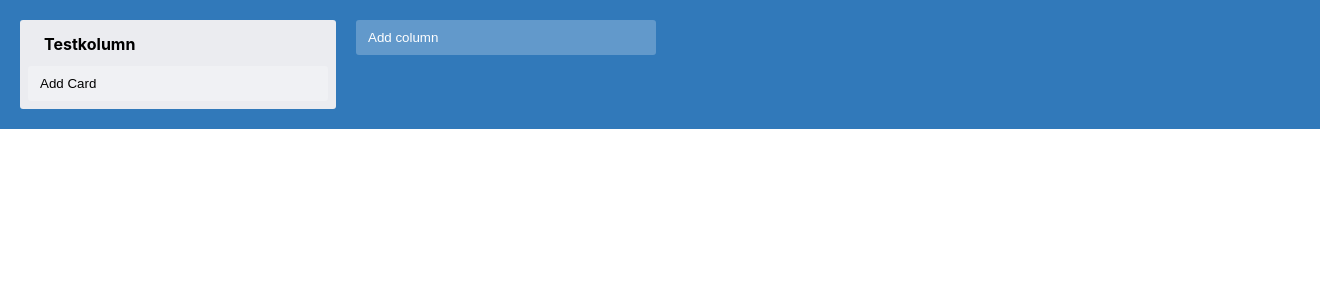
Repository: elander/grundkursen
Page: /
An editor plug-in stored every save of this project. The page is shown before and after the next save, followed by the edit.
The browser window is 1280 px wide. The page is 1320 px wide, so the pictures cover 1320 px, including what lies to the right of the window. The pictures show the whole page.
The project was rebuilt for these pictures with package versions that can differ from the ones it lists, and the page was loaded fresh each time. Also part of the build but not shown: src/App.css, src/utils/useFocus.ts, src/components/NewItemForm/NewItemForm.tsx, src/components/Card/Card.tsx.

Above is the page before, as saved 2022-04-25 14:54:48.

After the next save:
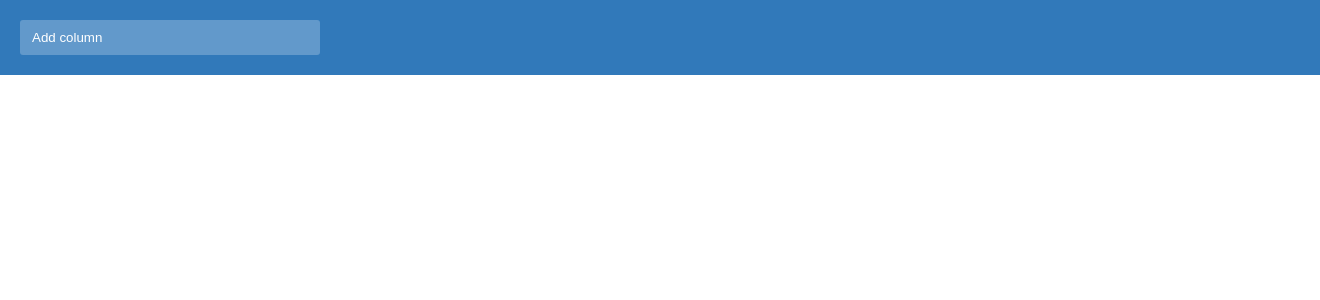
Saved 4 min 20 s later.
--- a/src/App.tsx
+++ b/src/App.tsx
@@ -5,15 +5,16 @@ import { AppContainer } from './styles';
 import { Card } from './components/Card/Card';
 import { Column } from './components/Column/Column';
 import React from 'react';
+import { useAppState } from './state/AppStateContext';
 
 function App() {
+  const {lists} = useAppState();
 
   return (
     <AppContainer>
-      <Column text='Testkolumn' >
-      <Card text="Första 'riktiga' kortet" />
-      <Card text="Andra kortet" />
-      </Column>
+      {lists.map((list) =>{
+        <Column text={list.text} id={list.id} />
+      })}
       <AddNewItem
       toggleButtonText='Add column'
       onAdd={console.log}
